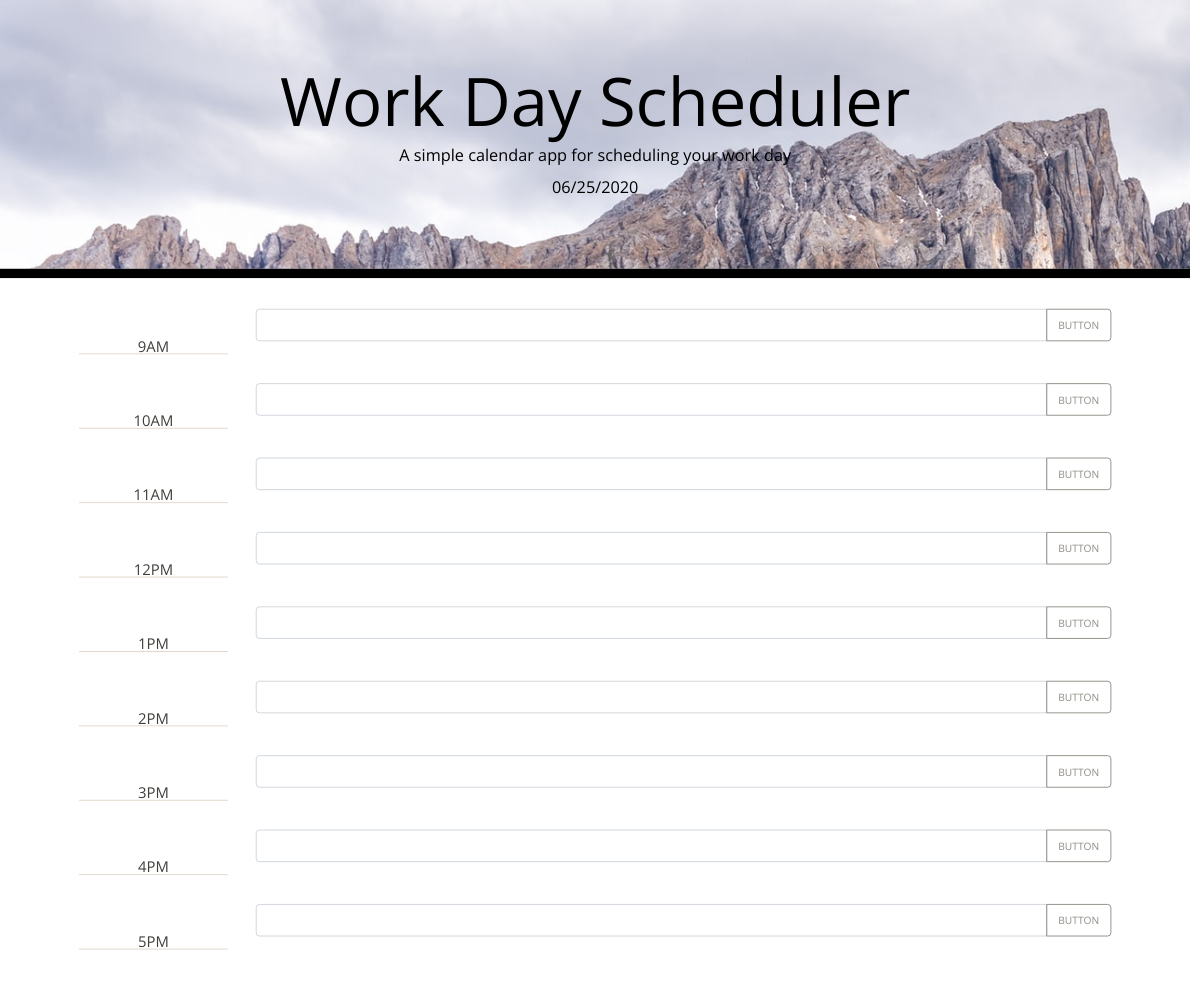
Repository: himaja830/Day-Planner
Page: Develop/index.html
An editor plug-in stored every save of this project. The page is shown before and after the next save, followed by the edit.
The browser window is 1280 px wide. The pictures show the whole page, at 93% of full size.
Some web libraries are served in a nearby version.

Above is the page before, as saved 2020-06-25 15:22:50.

After the next save:
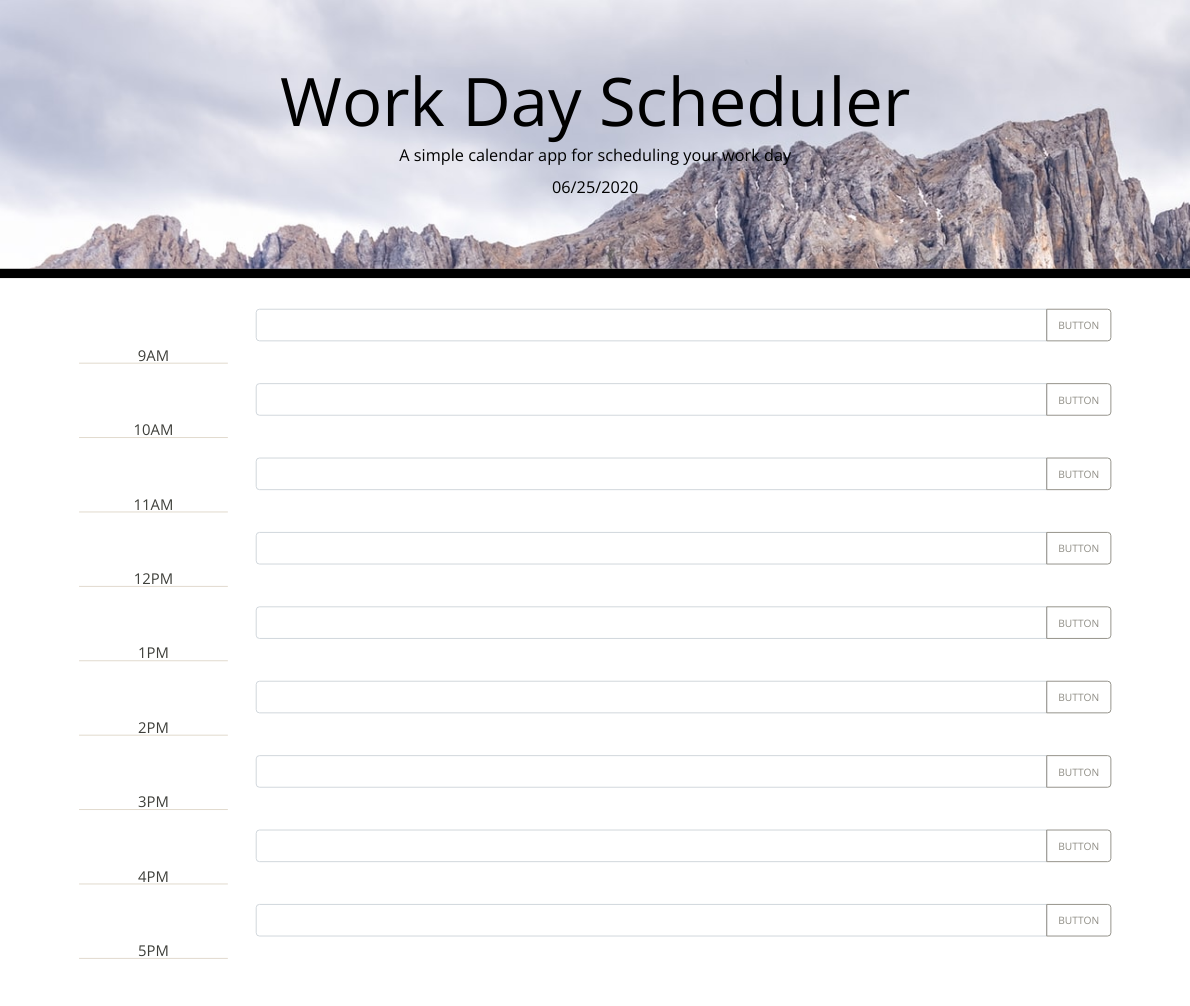
Saved 22 s later.
--- a/Develop/style.css
+++ b/Develop/style.css
@@ -69,7 +69,7 @@ textarea{
 }
 .border-bottom {
   text-align: center;
-  margin-bottom: 10px;
+  margin-top: 10px;
 
 
 }
